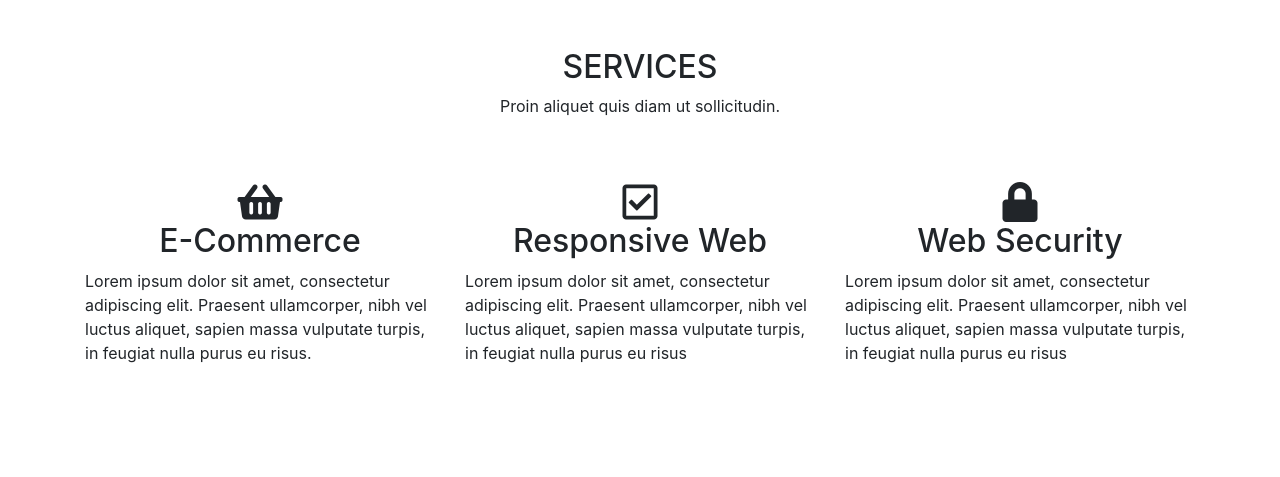
Repository: arek-adamik/golden-webpage
Page: index.html
An editor plug-in stored every save of this project. The page is shown before and after the next save, followed by the edit.
The browser window is 1280 px wide. The pictures show the part of the page from y = 630 to 1107 px (the page is 1107 px tall).
Some web fonts or font styles are not loaded; a fallback is used. Some web libraries are served in a nearby version. The style sheet was rebuilt from its Sass, Less or Tailwind sources for each picture, by a compiler version that may differ from the author's.

Above is the page before, as saved 2021-05-04 15:22:11.

After the next save:
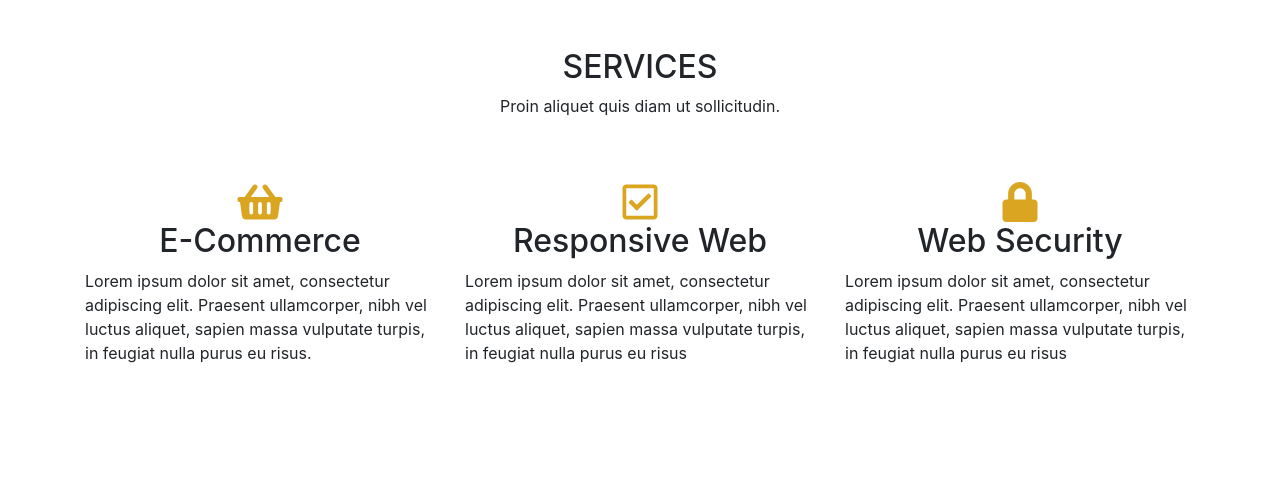
Saved 25 s later.
--- a/sass/style.scss
+++ b/sass/style.scss
@@ -108,6 +108,7 @@ body {
   }
   i {
         font-size: 40px;
+        color:goldenrod;
         display: flex;
         justify-content: center;
   }
